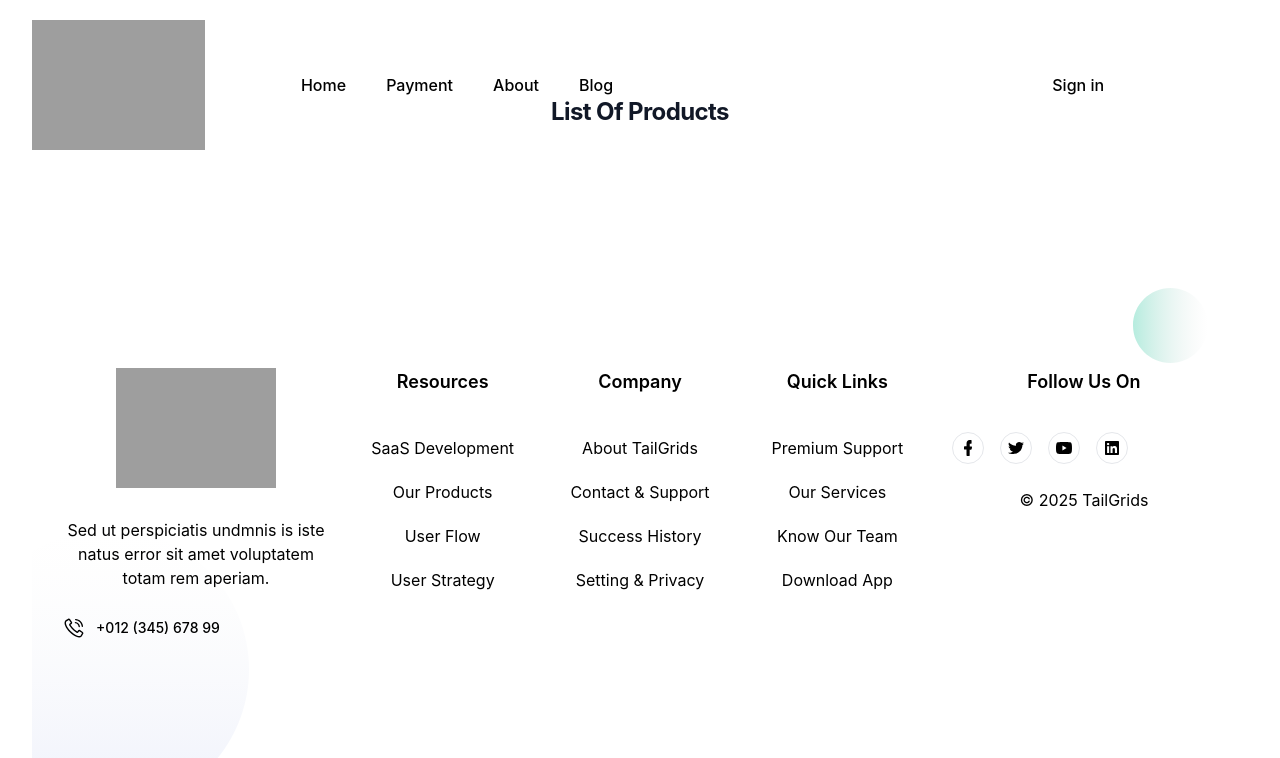
Repository: sayanroychaudhuri/React-One-Page-Ecommerce-Product-List
Page: /
An editor plug-in stored every save of this project. The page is shown before and after the next save, followed by the edit.
The browser window is 1280 px wide. The pictures show the whole page.
Pictures or frames that could not be fetched are drawn as grey boxes. The page's requests for data from a server got no answer. The project was rebuilt for these pictures with package versions that can differ from the ones it lists, and the page was loaded fresh each time. No one was signed in, and anything a server would have sent is missing.

Above is the page before, as saved 2024-01-31 19:34:21.

After the next save:
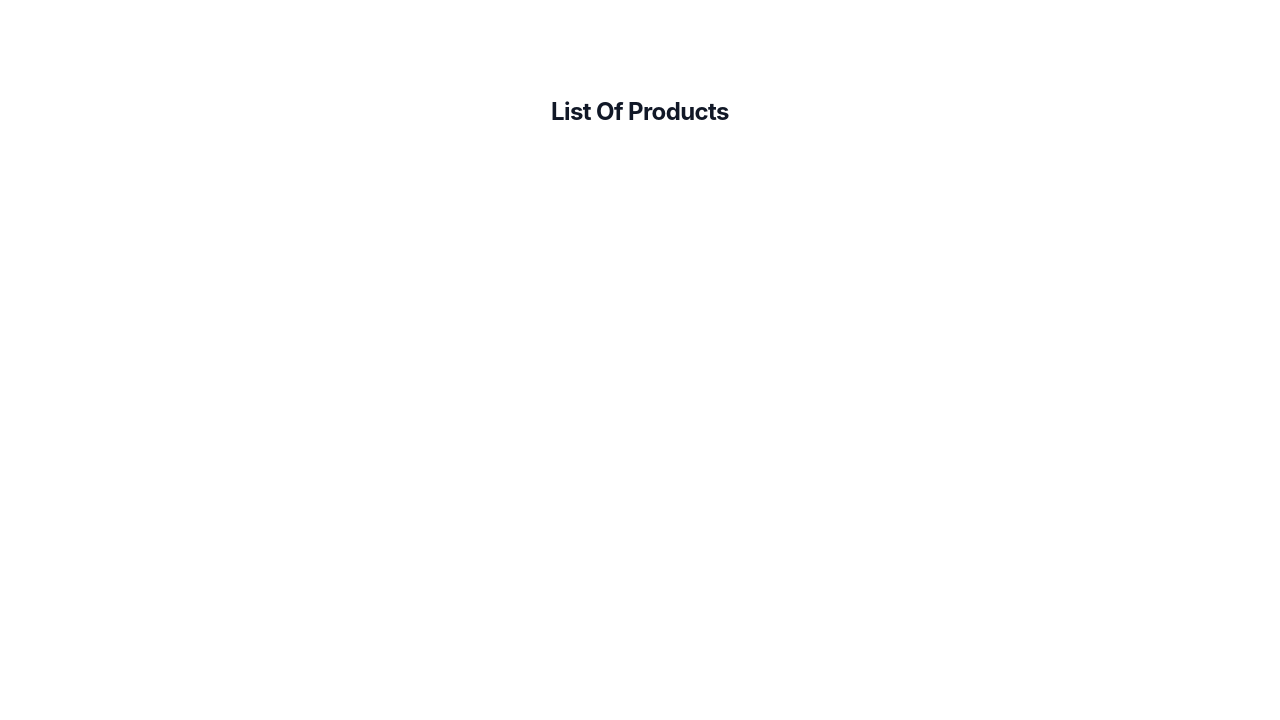
Saved 39 s later.
--- a/src/components/products/ProductList.js
+++ b/src/components/products/ProductList.js
@@ -1,6 +1,5 @@
 import React, { useEffect,useState } from 'react';
-import Header from './Header';
-import Footer from './Footer';
+
 import axios from 'axios';
 
 function ProductList() {
@@ -85,7 +84,6 @@ function ProductList() {
   }
   return (
     <React.Fragment>
-      <Header />
     <div className="bg-white">
       <div className="mx-auto max-w-2xl px-4 py-16 sm:px-6 sm:py-24 lg:max-w-7xl lg:px-8">
         <h2 className="text-2xl font-bold tracking-tight text-gray-900">List Of Products</h2>
@@ -119,7 +117,6 @@ function ProductList() {
     {pagination.total > 0 &&
     returnPagination()
      }
-     <Footer />
   </React.Fragment>
   )
 }

After the 3 saves that followed:
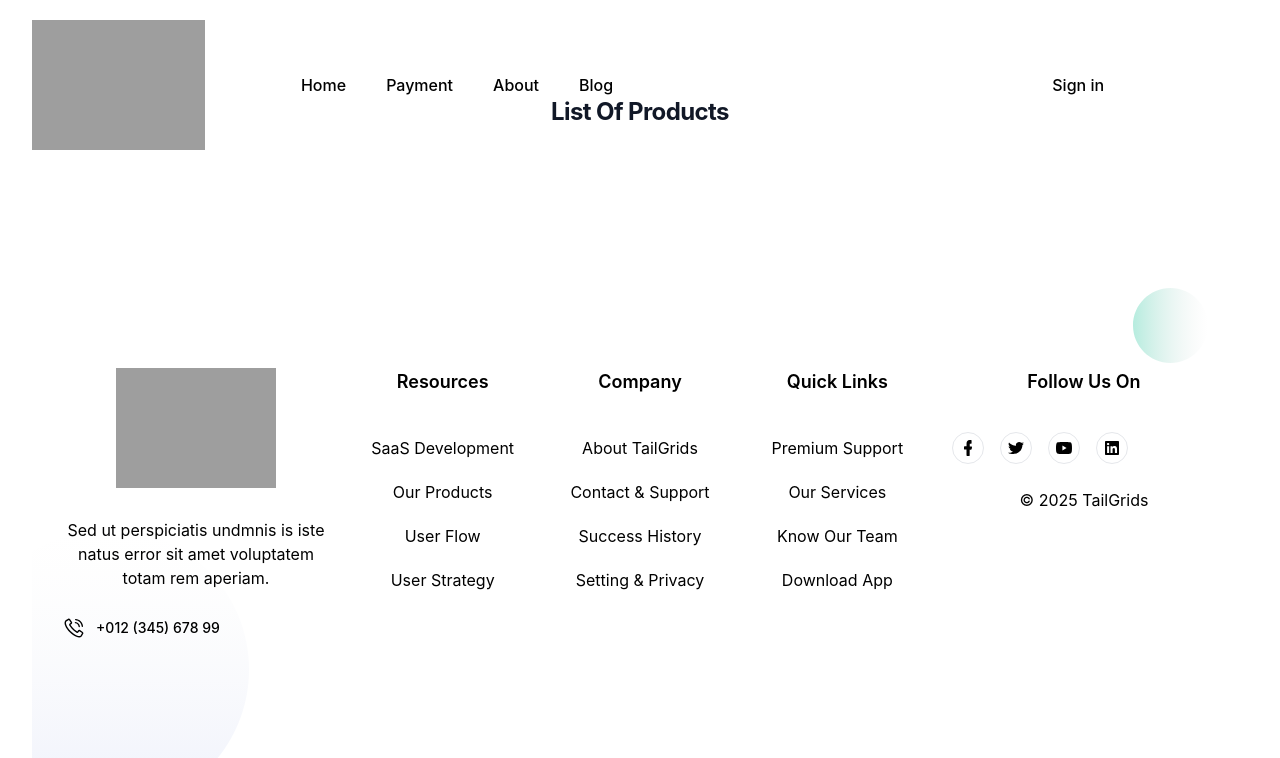
The 3 saves are shown as one change because 2 left the picture as it was.
The last was saved 4 min 50 s later.
--- a/src/App.js
+++ b/src/App.js
@@ -1,10 +1,10 @@
 import './App.css';
-import ProductList from './components/products/ProductList';
+import Home from './components/products/Home';
 
 function App() {
   return (
     <div className="App">
-      <div className='container'><ProductList /></div>
+      <div className='container'><Home /></div>
     </div>
   );
 }
--- a/src/components/products/Home.js
+++ b/src/components/products/Home.js
@@ -1,12 +1,16 @@
-import React from 'react'
+import React,{ Suspense, lazy } from 'react'
 import Header from './Header';
 import Footer from './Footer';
+
+const ProductList = lazy(() => import('./ProductList.js'));
 
 function Home() {
   return (
     <React.Fragment>
       <Header />
-
+      <Suspense fallback={'<p><i>Loading...</i></p>'}>
+          <ProductList />
+        </Suspense>
      <Footer />
   </React.Fragment>
   )
